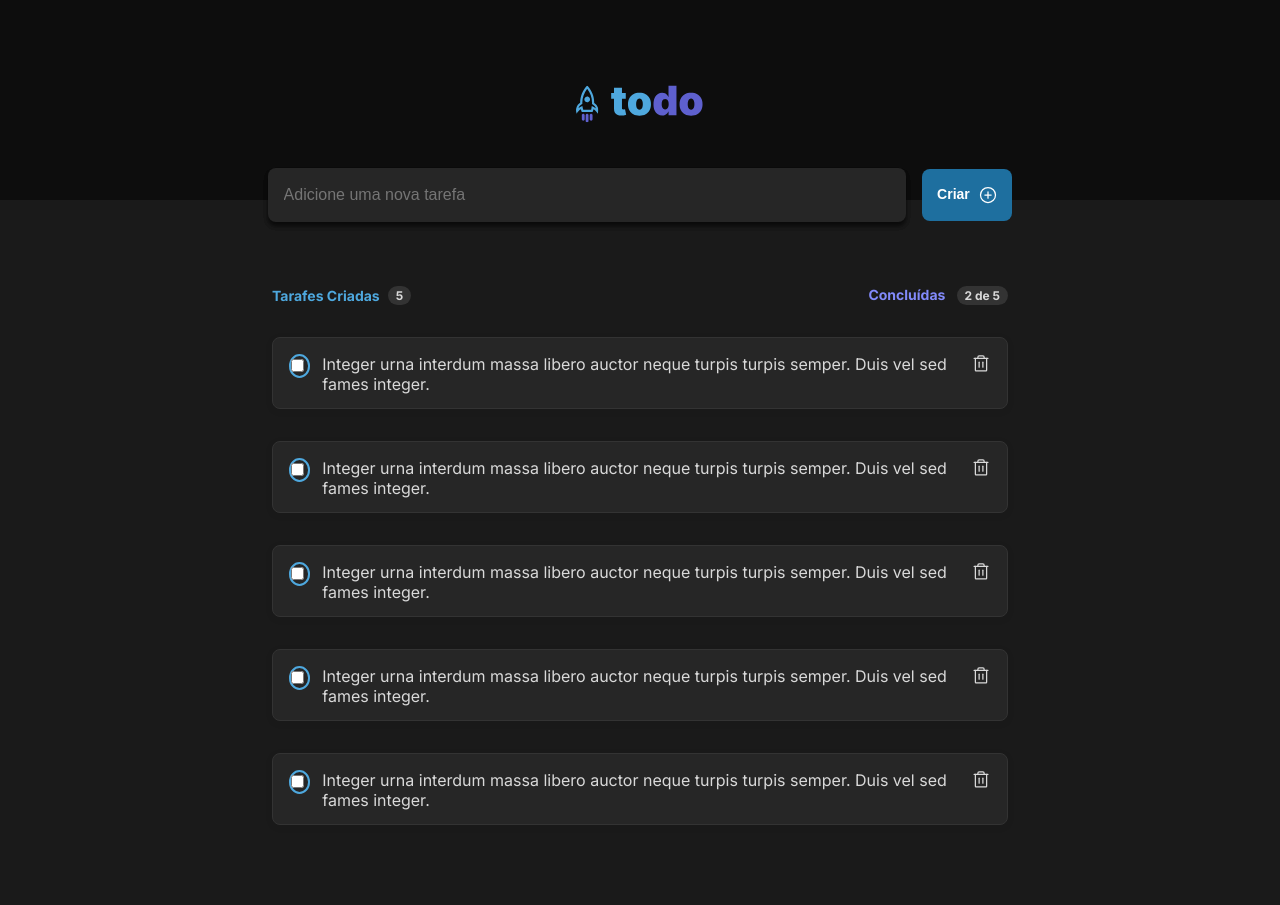
Repository: guilhermecardoso93/todolistreact
Page: /
The author's editor kept a copy of each file at every save. The page is drawn from the files as they stood at one save, then again after the next save.
The browser window is 1280 px wide. The pictures show the whole page.
The project was rebuilt for these pictures with package versions that can differ from the ones it lists, and the page was loaded fresh each time. Also part of the build but not shown: vite.config.ts.

Above is the page before, as saved 2022-07-02 20:17:49.

After the next save:
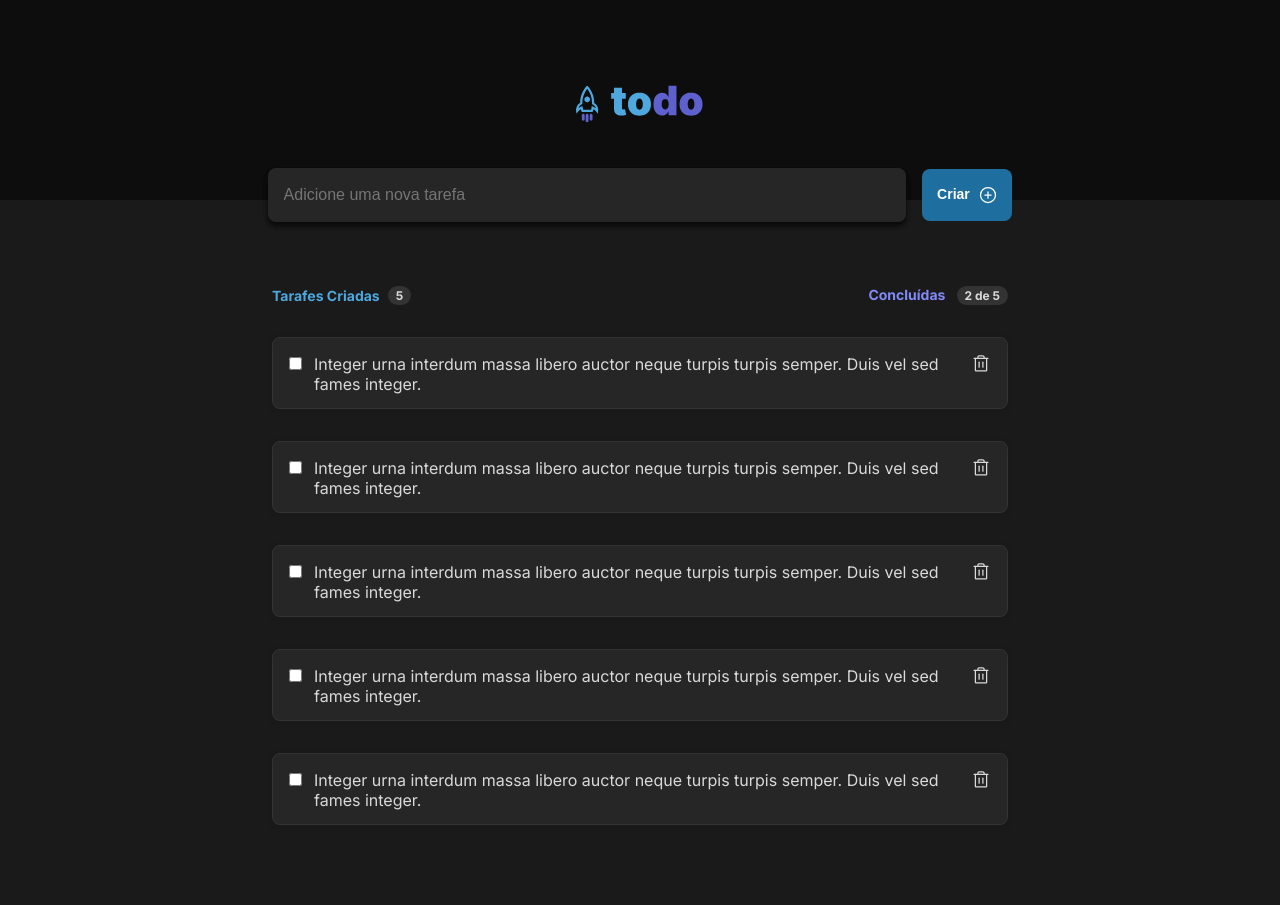
Saved 10 s later.
--- a/src/TasksList.tsx
+++ b/src/TasksList.tsx
@@ -7,7 +7,7 @@ export function TaskList() {
     <div>
       <div className={styles.tasksList}>
         <div className={styles.tasksListItem}>
-          <div className={styles.tasksListItemCheck}>
+          <div>
             <input type="checkbox" name="" id="" />
           </div>
           <div>
